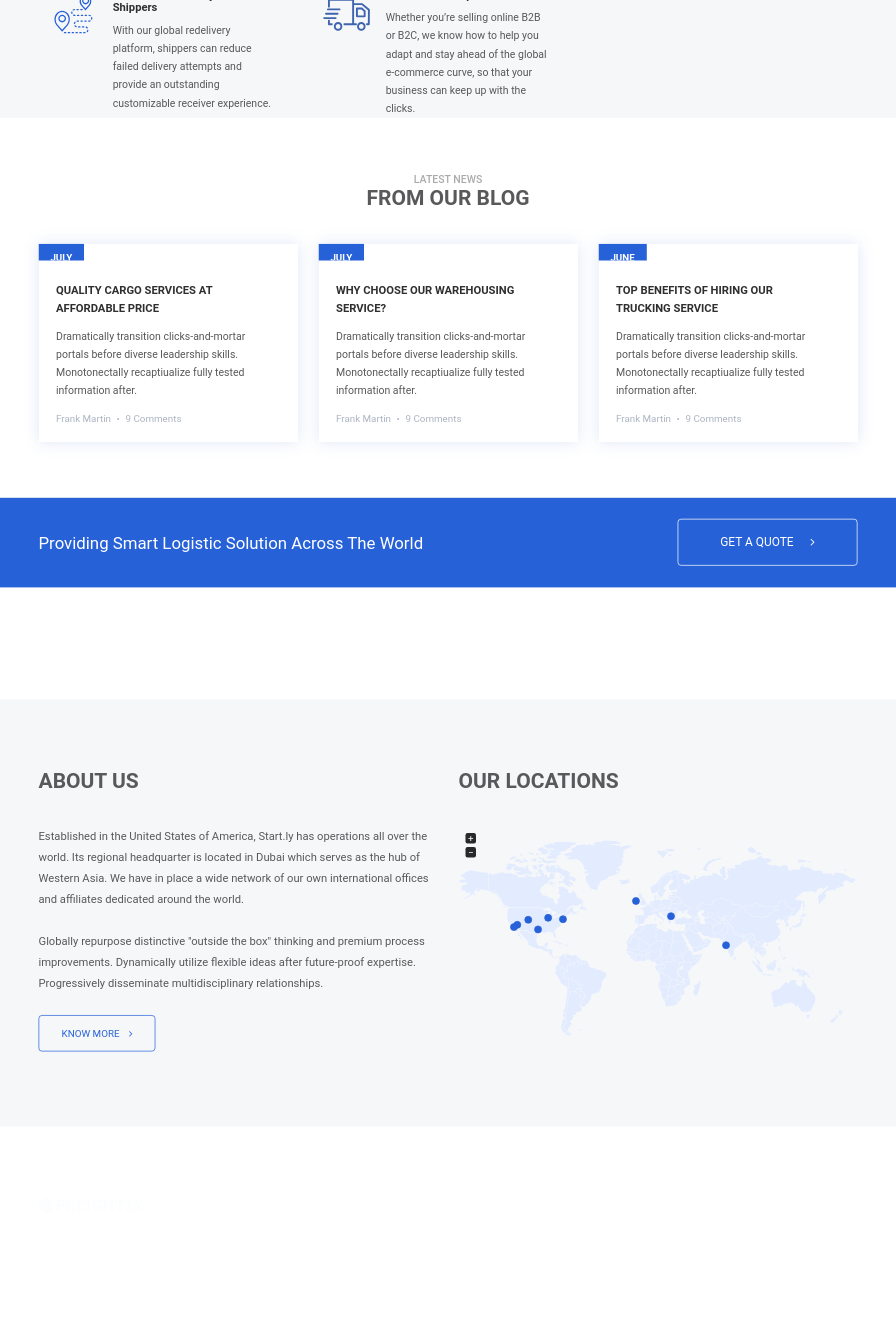
Repository: greatchriz/shipery
Page: http://localhost/
The author's editor kept a copy of each file at every save. The page is drawn from the files as they stood at one save, then again after the next save.
The browser window is 1280 px wide. The pictures show the part of the page from y = 533 to 2453 px (the page is 2734 px tall before and 2711 px after), at 70% of full size.
The page is served by the project's Laravel application, run on PHP 8.4 with Laravel 10.

Above is the page before, as saved 2024-02-02 16:42:28.
Console error: TypeError: navbar.affix is not a function

After the next save:
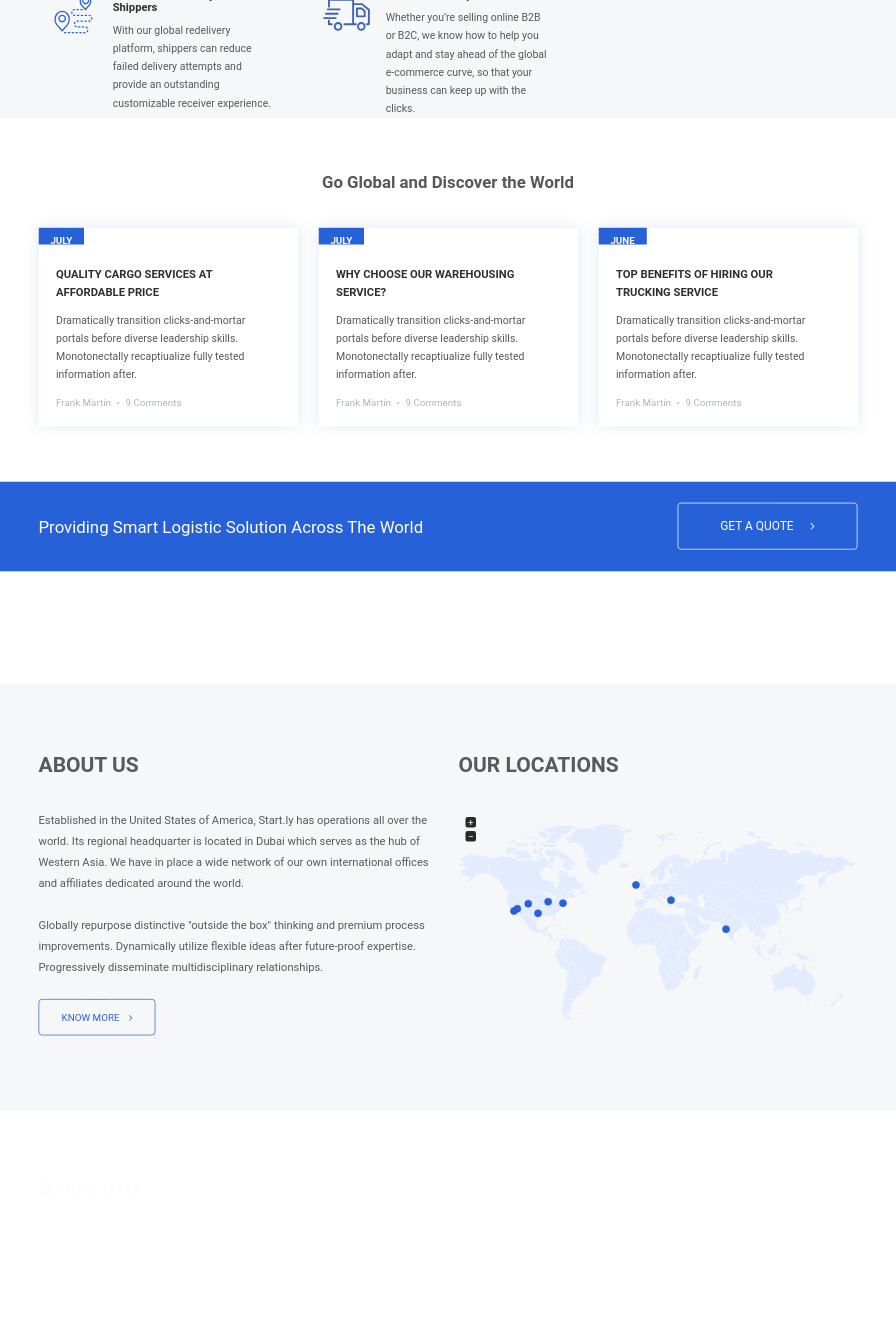
Saved 2 min 20 s later.
--- a/resources/views/components/sections/our_blog.blade.php
+++ b/resources/views/components/sections/our_blog.blade.php
@@ -1,8 +1,7 @@
 <section class="our_blog_area">
     <div class="container">
       <div class="main_title">
-        <h5>LATEST NEWS</h5>
-        <h2>FROM OUR BLOG</h2>
+        <h3 style="font-weight: bolder;">Go Global and Discover the World</h5>
       </div>
       <div class="row our_blog_inner">
         <div class="col-md-4">
